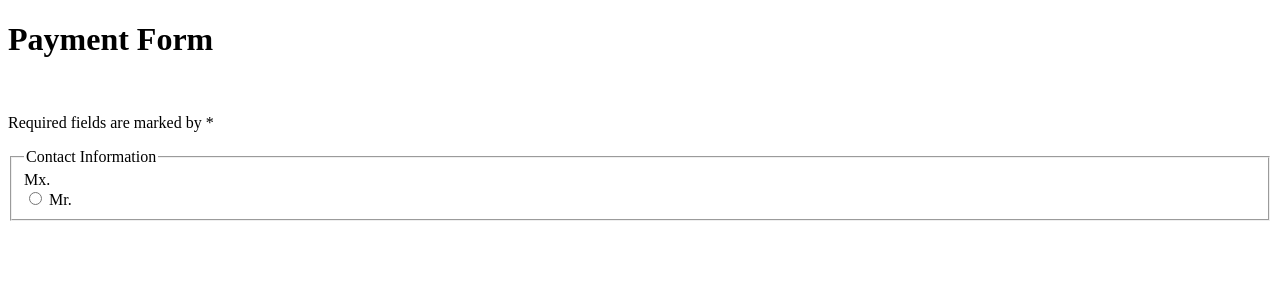
Repository: 10-2-pursuit/lab-intro-to-forms
Page: index.html
The author's editor kept a copy of each file at every save. The page is drawn from the files as they stood at one save, then again after a run of saves.
The browser window is 1280 px wide. The pictures show the whole page.

Above is the page before, as saved 2023-06-13 21:21:52.

### index.html
<!DOCTYPE html>
<html lang="en">
<head>
    <meta charset="UTF-8">
    <meta name="viewport" content="width=device-width, initial-scale=1.0">
    <title>Payment Form</title>
</head>
<body>
    <h1>Payment Form</h1>
    <br>
    <p>Required fields are marked by *</p>
    <form action="#" method="post">
        <fieldset>
            <legend>Contact Information</legend>
           <label for="Mx.">Mx.</label>
           <br>
           <input type="radio" name="prefix" id="prefesrence">
           <label for="Mr.">Mr.</label>


        </fieldset>
    </form>


</body>
</html>

After the next 2 saves:
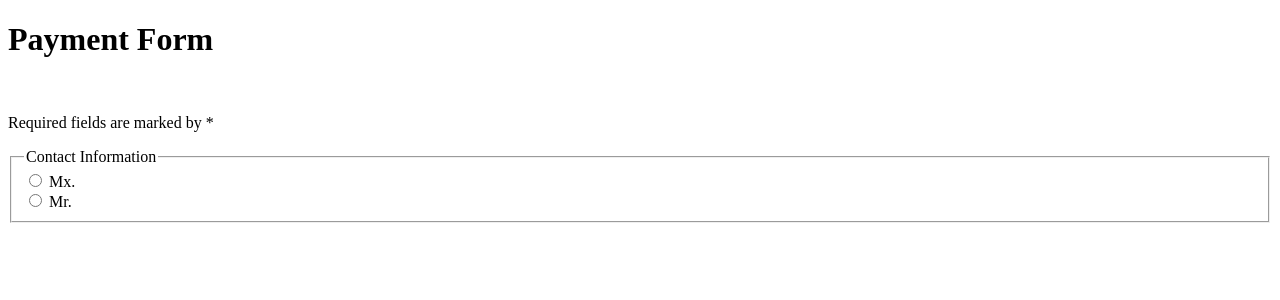
The 2 saves are shown as one change because they came seconds apart.
The last was saved 90 s later.
--- a/index.html
+++ b/index.html
@@ -12,6 +12,7 @@
     <form action="#" method="post">
         <fieldset>
             <legend>Contact Information</legend>
+            <input type="radio" name="prefixMx." id="prefixMx." >
            <label for="Mx.">Mx.</label>
            <br>
            <input type="radio" name="prefix" id="prefesrence">
